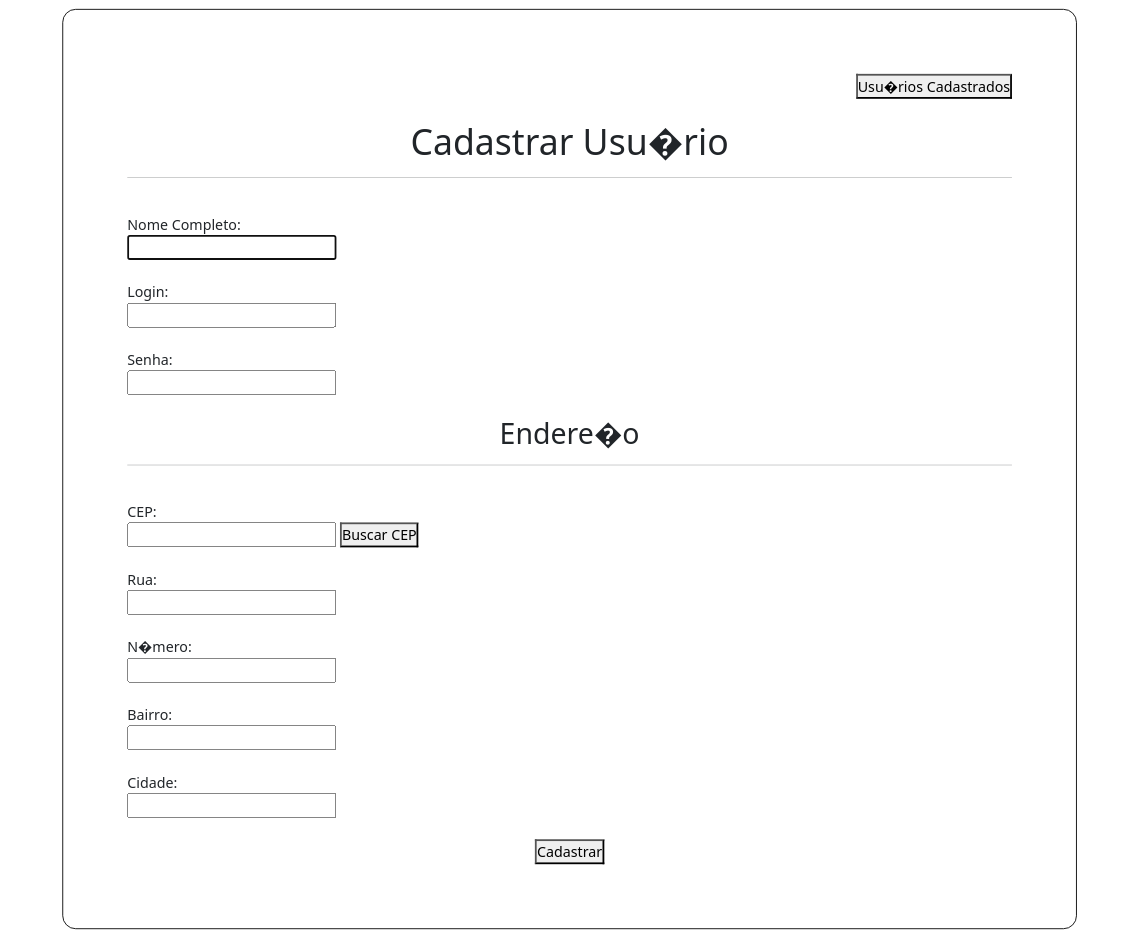
Repository: Magicianred/spring-mvc
Page: http://localhost/index
The author's editor kept a copy of each file at every save. The page is drawn from the files as they stood at one save, then again after the next save.
The browser window is 1280 px wide. The pictures show the whole page, at 89% of full size.
The page is this project's Thymeleaf template; nobody is signed in. The template is opened directly, without the code that normally fills it, so the values that code supplies are empty.

Above is the page before, as saved 2021-01-13 01:58:44.

After the next save:
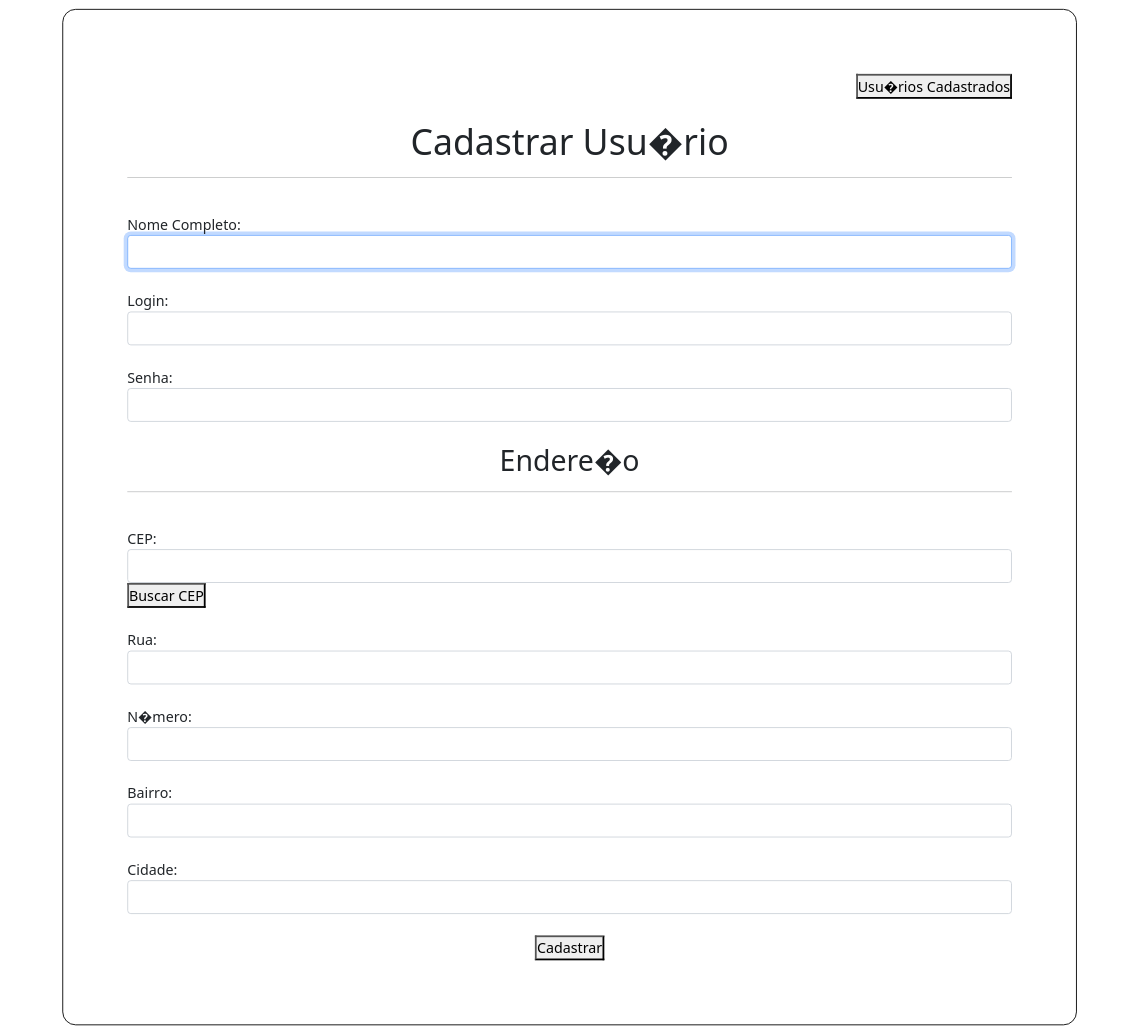
Saved 66 s later.
--- a/springmvc/src/main/resources/templates/index.html
+++ b/springmvc/src/main/resources/templates/index.html
@@ -21,19 +21,19 @@ xmlns:layout="http://www.ultraq.net.nz/thymeleaf/layout">
 
 		<div class="form-group">
 			<label>Nome Completo:</label> <br />
-			<input type="text" name="nome" id="nome" autofocus />
+			<input class="form-control" type="text" name="nome" id="nome" autofocus />
 		</div>
 		<br />
 
 		<div class="form-group">
 			<label>Login:</label> <br />
-			<input type="email" name="email" id="email" />
+			<input class="form-control" type="email" name="email" id="email" />
 		</div>
 		<br />
 
 		<div class="form-group">
 			<label>Senha:</label> <br />
-			<input type="password" name="senha" id="senha" />
+			<input class="form-control" type="password" name="senha" id="senha" />
 		</div>
 		<br />
 
@@ -41,32 +41,32 @@ xmlns:layout="http://www.ultraq.net.nz/thymeleaf/layout">
 		<hr><br/>
 		<div class="form-group">
 			<label>CEP:</label> <br />
-			<input type="text" name="cep" id="cep" />
+			<input class="form-control" type="text" name="cep" id="cep" />
 			<button onclick="buscar()">Buscar CEP</button>
 		</div>
 		<br />
 
 		<div class="form-group">
 			<label>Rua:</label> <br />
-			<input type="text" name="rua" id="rua" />
+			<input class="form-control" type="text" name="rua" id="rua" />
 		</div>
 		<br />
 
 		<div class="form-group">
 			<label>Número:</label> <br />
-			<input type="text" name="numero" id="numero" />
+			<input class="form-control" type="text" name="numero" id="numero" />
 		</div>
 		<br />
 
 		<div class="form-group">
 			<label>Bairro:</label> <br />
-			<input type="text" name="bairro" id="bairro" />
+			<input class="form-control" type="text" name="bairro" id="bairro" />
 		</div>
 		<br />
 
 		<div class="form-group">
 			<label>Cidade:</label> <br />
-			<input type="text" name="cidade" id="cidade" />
+			<input class="form-control" type="text" name="cidade" id="cidade" />
 		</div>
 		<br />
 
